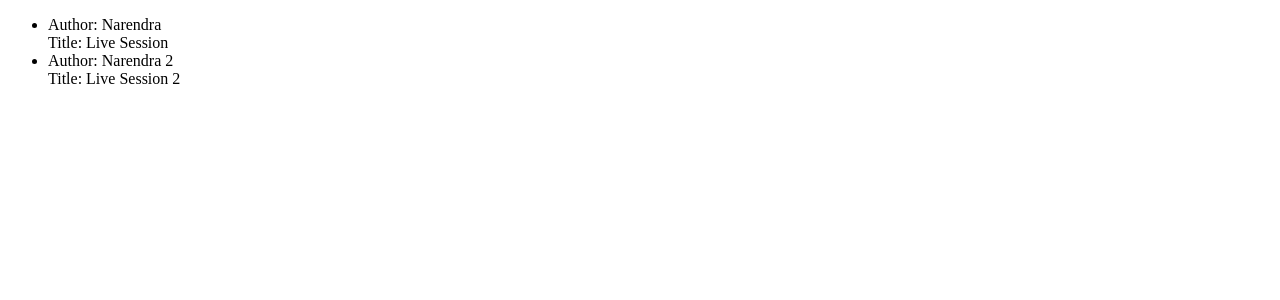
Repository: narendraiitm/may-2023-live-sessions
Page: index.html
The author's editor kept a copy of each file at every save. The page is drawn from the files as they stood at one save, then again after the next save.
The browser window is 1280 px wide. The pictures show the whole page.

Above is the page before, as saved 2023-06-27 21:02:38.

### index.html
<!DOCTYPE html>
<html lang="en">
  <head>
    <meta charset="UTF-8" />
    <meta http-equiv="X-UA-Compatible" content="IE=edge" />
    <meta name="viewport" content="width=device-width, initial-scale=1.0" />
    <title>Document</title>
    <style>
      .danger {
        color: red;
      }
      .success {
        font-size: 1.5em;
      }
    </style>
  </head>
  <body>
    <div id="app"></div>
    <script src="https://cdn.jsdelivr.net/npm/vue@2/dist/vue.js"></script>
    <script src="./app.js"></script>
  </body>
</html>

### app.js
new Vue({
  // options object
  el: '#app',
  template: `
  <div>
    <ul>
       <li v-for='blog in blogs'>
       <div>Author: {{blog.author}}</div>
       <div>Title: {{blog.title}}</div>
       </li>
    </ul>
  </div>
  `,
  data: {
    blogs: [
      { author: 'Narendra', title: 'Live Session' },
      { author: 'Narendra 2', title: 'Live Session 2' },
    ],
    present: true,
    nPresent: false,
    isDanger: true,
    isSuccess: false,
  },
})

After the next save:
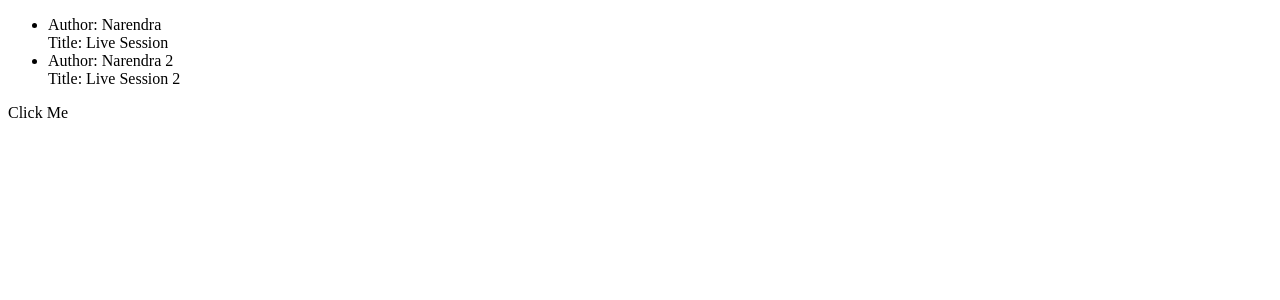
Saved 47 s later.
--- a/app.js
+++ b/app.js
@@ -5,10 +5,11 @@ new Vue({
   <div>
     <ul>
        <li v-for='blog in blogs'>
-       <div>Author: {{blog.author}}</div>
-       <div>Title: {{blog.title}}</div>
+        <div>Author: {{blog.author}}</div>
+        <div>Title: {{blog.title}}</div>
        </li>
     </ul>
+    <buuton>Click Me</button>
   </div>
   `,
   data: {
